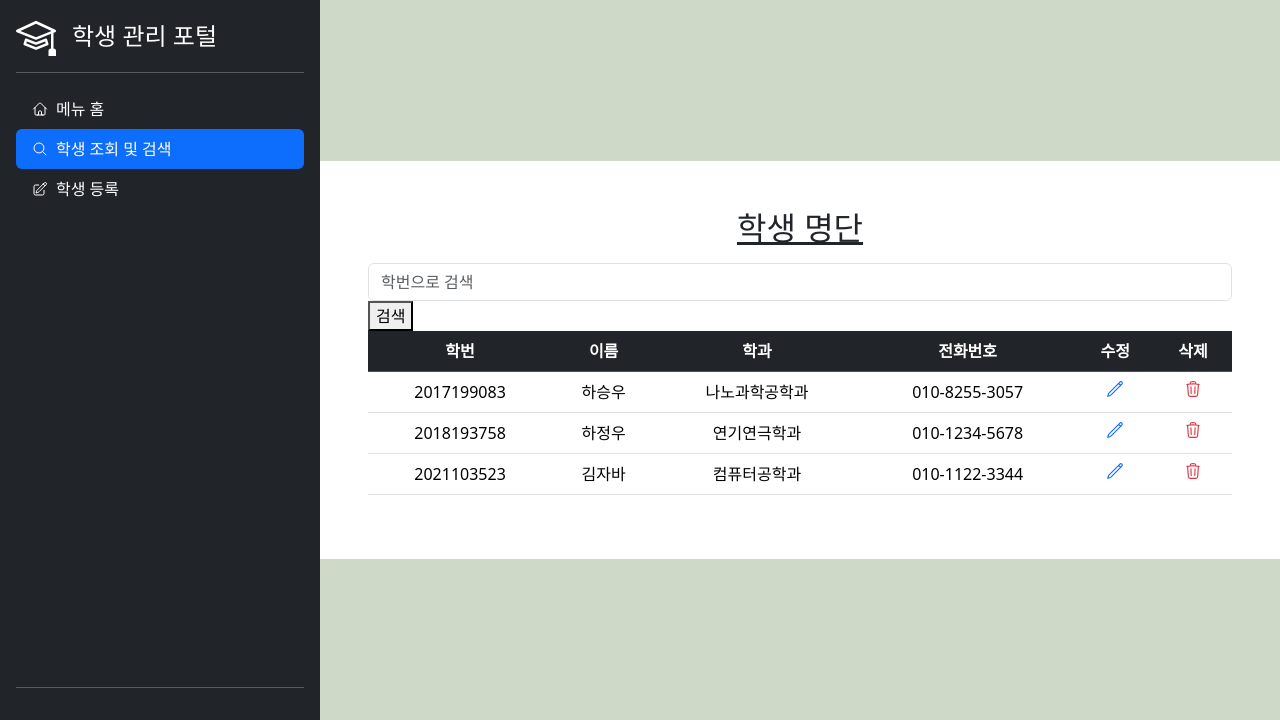
Repository: invisibleufo101/StudentManagementWeb
Page: HSW_Web/src/main/webapp/browse_students.html
These files come from the project's save history. The page is drawn as it stood at one moment and after the next save; the edit follows.
The browser window is 1280 px wide. The pictures show the whole page.

Above is the page before, as saved 2024-09-19 13:45:06.

### HSW_Web/src/main/webapp/browse_students.html
<!DOCTYPE html>
<html>
<head>
	<meta charset='UTF-8'>
	<meta name='viewport' content='width=device-width, initial-scale=1'>
	<link rel='stylesheet' href='css/bootstrap.min.css' />
	<script defer src='js/bootstrap.bundle.min.js'></script>
	<link rel='icon' href='images/portal_icon.svg'/>
	<title>학생 관리 포털</title>
</head>
<body>
	<main class='d-flex flex-nowrap vh-100'>
		<!-- Start of Navbar -->
		<nav class='d-flex flex-lg-column flex-md-column flex-row flex-shrink-0 p-3 text-bg-dark' style='width: 25vw;'>
			<a href='/' class='d-flex justify-content-around align-items-center mb-3 mb-md-0 me-md-auto text-white text-decoration-none'>
				<svg xmlns='http://www.w3.org/2000/svg' width='40' height='40' fill='currentColor' class='bi bi-mortarboard' viewBox='0 0 16 16'>
				 	<path d='M8.211 2.047a.5.5 0 0 0-.422 0l-7.5 3.5a.5.5 0 0 0 .025.917l7.5 3a.5.5 0 0 0 .372 0L14 7.14V13a1 1 0 0 0-1 1v2h3v-2a1 1 0 0 0-1-1V6.739l.686-.275a.5.5 0 0 0 .025-.917zM8 8.46 1.758 5.965 8 3.052l6.242 2.913z'/>
				 	<path d='M4.176 9.032a.5.5 0 0 0-.656.327l-.5 1.7a.5.5 0 0 0 .294.605l4.5 1.8a.5.5 0 0 0 .372 0l4.5-1.8a.5.5 0 0 0 .294-.605l-.5-1.7a.5.5 0 0 0-.656-.327L8 10.466zm-.068 1.873.22-.748 3.496 1.311a.5.5 0 0 0 .352 0l3.496-1.311.22.748L8 12.46z'/>
				</svg>
				<span class='ms-3' style='font-size: 1.5rem;'>학생 관리 포털</span>
			</a>
			<hr/>
			<ul class="nav nav-pills flex-column mb-auto">
				<!-- Menu Home -->
				<li class="nav-item">
					<a href="/" class="nav-link text-white">
						<div class="d-flex align-items-center">
							<svg class="bi me-2" xmlns="http://www.w3.org/2000/svg" fill="none" viewBox="0 0 24 24" stroke-width="1.5" stroke="currentColor" width="16" height="16">
								<path stroke-linecap="round" stroke-linejoin="round" d="m2.25 12 8.954-8.955c.44-.439 1.152-.439 1.591 0L21.75 12M4.5 9.75v10.125c0 .621.504 1.125 1.125 1.125H9.75v-4.875c0-.621.504-1.125 1.125-1.125h2.25c.621 0 1.125.504 1.125 1.125V21h4.125c.621 0 1.125-.504 1.125-1.125V9.75M8.25 21h8.25" />
							</svg>
							<p class="m-0">메뉴 홈</p>
						</div>
					</a>
				</li>
				<!-- List and Search Students -->
				<li>
					<a href="#" class="nav-link active">
						<div class="d-flex align-items-center">
							<svg class="bi me-2" xmlns="http://www.w3.org/2000/svg" fill="none" viewBox="0 0 24 24" stroke-width="1.5" stroke="currentColor" width="16" height="16">
								<path stroke-linecap="round" stroke-linejoin="round" d="m21 21-5.197-5.197m0 0A7.5 7.5 0 1 0 5.196 5.196a7.5 7.5 0 0 0 10.607 10.607Z" />
							</svg>
							<p class="m-0">학생 조회 및 검색</p>
						</div>
					</a>
				</li>
				<!-- Register Student -->
				<li>
					<a href="#" class="nav-link text-white">
						<div class="d-flex align-items-center">
							<svg class="bi me-2" xmlns="http://www.w3.org/2000/svg" fill="none" viewBox="0 0 24 24" stroke-width="1.5" stroke="currentColor" width="16" height="16">
								<path stroke-linecap="round" stroke-linejoin="round" d="m16.862 4.487 1.687-1.688a1.875 1.875 0 1 1 2.652 2.652L10.582 16.07a4.5 4.5 0 0 1-1.897 1.13L6 18l.8-2.685a4.5 4.5 0 0 1 1.13-1.897l8.932-8.931Zm0 0L19.5 7.125M18 14v4.75A2.25 2.25 0 0 1 15.75 21H5.25A2.25 2.25 0 0 1 3 18.75V8.25A2.25 2.25 0 0 1 5.25 6H10" />
							</svg>
							<p class="m-0">학생 등록</p>
						</div>
					</a>
				</li>
			</ul>
			<hr/>
		</nav>
		<!-- End of Navbar -->
		<section class='d-flex justify-content-center align-items-center' style='width: 75vw; background-color: #ced9c7;'>

			<!-- Start of Student List -->
			<div class='container mx-auto p-5 bg-white overflow-y-auto' style='max-height: 80vh;'>
				<div class='table-responsive'>
					<h2 class='text-center text-decoration-underline mb-3'>학생 명단</h2>
					<form action="#">
						<input type="text" class="form-control" name="searchId" placeholder="학번으로 검색"/>
						<button type="submit">검색</button>
					</form>
					<table class='table table-hover text-center'>
						<thead class='table-dark sticky-top'>
						<tr>
							<th scope='col'>학번</th>
							<th scope='col'>이름</th>
							<th scope='col'>학과</th>
							<th scope='col'>전화번호</th>
							<th scope='col'>수정</th>
							<th scope='col'>삭제</th>
						</tr>
					</thead>
					<tbody>
						<tr>
							<td>2017199083</td>
							<td>하승우</td>
							<td>나노과학공학과</td>
							<td>010-8255-3057</td>
							<td>
								<a href='#' class='icon-link icon-link-hover text-primary'>
									<svg xmlns='http://www.w3.org/2000/svg' fill='none' viewBox='0 0 24 24' stroke-width='1.5' stroke='currentColor' width='18' height='18'>
										<path stroke-linecap='round' stroke-linejoin='round' d='m16.862 4.487 1.687-1.688a1.875 1.875 0 1 1 2.652 2.652L6.832 19.82a4.5 4.5 0 0 1-1.897 1.13l-2.685.8.8-2.685a4.5 4.5 0 0 1 1.13-1.897L16.863 4.487Zm0 0L19.5 7.125' />
									</svg>
								</a>
							</td>
							<td>
								<a href='#' class='icon-link icon-link-hover text-danger'>
									<svg xmlns='http://www.w3.org/2000/svg' fill='none' viewBox='0 0 24 24' stroke-width='1.5' stroke='currentColor' width='18' height='18'>
	  									<path stroke-linecap='round' stroke-linejoin='round' d='m14.74 9-.346 9m-4.788 0L9.26 9m9.968-3.21c.342.052.682.107 1.022.166m-1.022-.165L18.16 19.673a2.25 2.25 0 0 1-2.244 2.077H8.084a2.25 2.25 0 0 1-2.244-2.077L4.772 5.79m14.456 0a48.108 48.108 0 0 0-3.478-.397m-12 .562c.34-.059.68-.114 1.022-.165m0 0a48.11 48.11 0 0 1 3.478-.397m7.5 0v-.916c0-1.18-.91-2.164-2.09-2.201a51.964 51.964 0 0 0-3.32 0c-1.18.037-2.09 1.022-2.09 2.201v.916m7.5 0a48.667 48.667 0 0 0-7.5 0' />
									</svg>
								</a>
							</td>
						</tr>
						<tr>
							<td>2018193758</td>
							<td>하정우</td>
							<td>연기연극학과</td>
							<td>010-1234-5678</td>
							<td>
								<a href='#' class='icon-link icon-link-hover text-primary'>
									<svg xmlns='http://www.w3.org/2000/svg' fill='none' viewBox='0 0 24 24' stroke-width='1.5' stroke='currentColor' width='18' height='18'>
										<path stroke-linecap='round' stroke-linejoin='round' d='m16.862 4.487 1.687-1.688a1.875 1.875 0 1 1 2.652 2.652L6.832 19.82a4.5 4.5 0 0 1-1.897 1.13l-2.685.8.8-2.685a4.5 4.5 0 0 1 1.13-1.897L16.863 4.487Zm0 0L19.5 7.125' />
									</svg>
								</a>
							</td>
							<td>
								<a href='#' class='icon-link icon-link-hover text-danger'>
									<svg xmlns='http://www.w3.org/2000/svg' fill='none' viewBox='0 0 24 24' stroke-width='1.5' stroke='currentColor' width='18' height='18'>
	  									<path stroke-linecap='round' stroke-linejoin='round' d='m14.74 9-.346 9m-4.788 0L9.26 9m9.968-3.21c.342.052.682.107 1.022.166m-1.022-.165L18.16 19.673a2.25 2.25 0 0 1-2.244 2.077H8.084a2.25 2.25 0 0 1-2.244-2.077L4.772 5.79m14.456 0a48.108 48.108 0 0 0-3.478-.397m-12 .562c.34-.059.68-.114 1.022-.165m0 0a48.11 48.11 0 0 1 3.478-.397m7.5 0v-.916c0-1.18-.91-2.164-2.09-2.201a51.964 51.964 0 0 0-3.32 0c-1.18.037-2.09 1.022-2.09 2.201v.916m7.5 0a48.667 48.667 0 0 0-7.5 0' />
									</svg>
								</a>
							</td>
						</tr>
						<tr>
							<td>2021103523</td>
							<td>김자바</td>
							<td>컴퓨터공학과</td>
							<td>010-1122-3344</td>
							<td>
								<a href='#' class='icon-link icon-link-hover text-primary'>
									<svg xmlns='http://www.w3.org/2000/svg' fill='none' viewBox='0 0 24 24' stroke-width='1.5' stroke='currentColor' width='18' height='18'>
										<path stroke-linecap='round' stroke-linejoin='round' d='m16.862 4.487 1.687-1.688a1.875 1.875 0 1 1 2.652 2.652L6.832 19.82a4.5 4.5 0 0 1-1.897 1.13l-2.685.8.8-2.685a4.5 4.5 0 0 1 1.13-1.897L16.863 4.487Zm0 0L19.5 7.125' />
									</svg>
								</a>
							</td>
							<td>
								<a href='#' class='icon-link icon-link-hover text-danger'>
									<svg xmlns='http://www.w3.org/2000/svg' fill='none' viewBox='0 0 24 24' stroke-width='1.5' stroke='currentColor' width='18' height='18'>
	  									<path stroke-linecap='round' stroke-linejoin='round' d='m14.74 9-.346 9m-4.788 0L9.26 9m9.968-3.21c.342.052.682.107 1.022.166m-1.022-.165L18.16 19.673a2.25 2.25 0 0 1-2.244 2.077H8.084a2.25 2.25 0 0 1-2.244-2.077L4.772 5.79m14.456 0a48.108 48.108 0 0 0-3.478-.397m-12 .562c.34-.059.68-.114 1.022-.165m0 0a48.11 48.11 0 0 1 3.478-.397m7.5 0v-.916c0-1.18-.91-2.164-2.09-2.201a51.964 51.964 0 0 0-3.32 0c-1.18.037-2.09 1.022-2.09 2.201v.916m7.5 0a48.667 48.667 0 0 0-7.5 0' />
									</svg>
								</a>
							</td>
						</tr>
					</tbody>
					</table>
				</div>
			</div>
			<!-- End of Student List -->
		</section>
	</main>
</body>
</html>

Loaded but not shown: HSW_Web/src/main/webapp/css/bootstrap.min.css (library); HSW_Web/src/main/webapp/js/bootstrap.bundle.min.js (no copy from this time; the picture is the same without it)

After the next save:
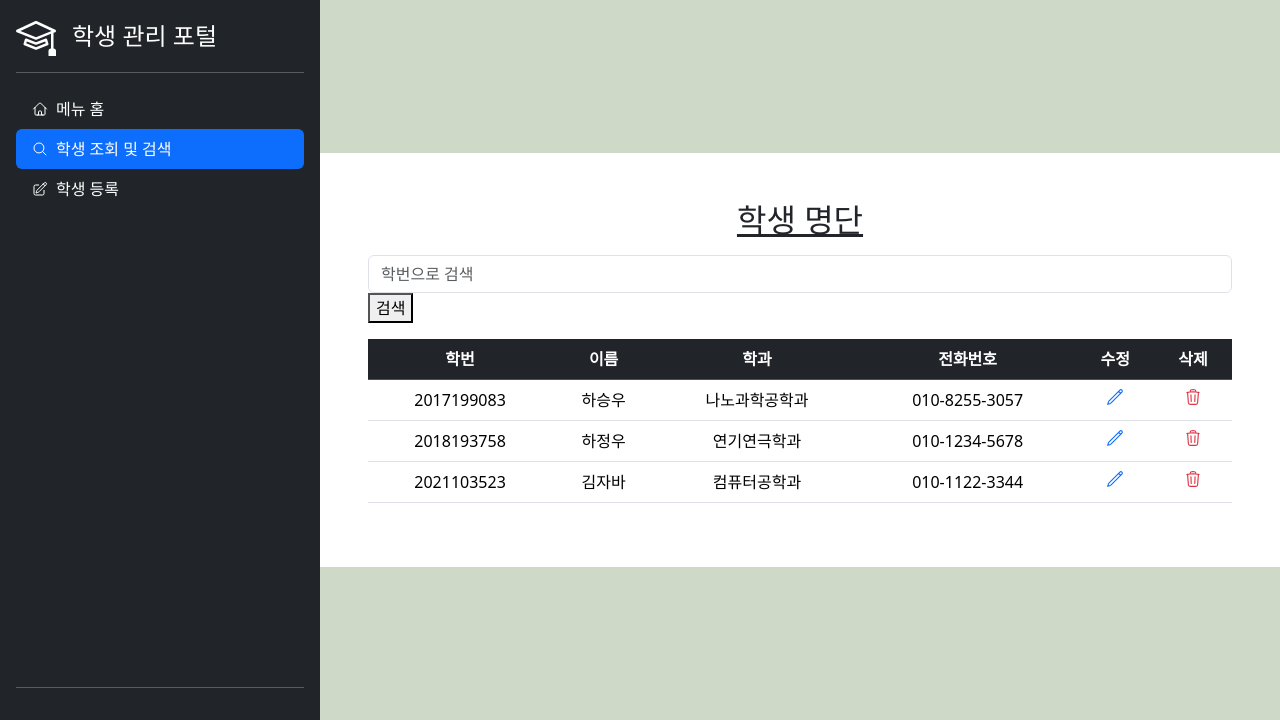
Saved 44 s later.
--- a/HSW_Web/src/main/webapp/browse_students.html
+++ b/HSW_Web/src/main/webapp/browse_students.html
@@ -65,8 +65,10 @@
 				<div class='table-responsive'>
 					<h2 class='text-center text-decoration-underline mb-3'>학생 명단</h2>
 					<form action="#">
-						<input type="text" class="form-control" name="searchId" placeholder="학번으로 검색"/>
-						<button type="submit">검색</button>
+						<div data-mdb-input-init class="form-outline mb-3">
+							<input type="text" class="form-control" name="searchId" placeholder="학번으로 검색"/>
+							<button type="submit">검색</button>
+						</div>
 					</form>
 					<table class='table table-hover text-center'>
 						<thead class='table-dark sticky-top'>
